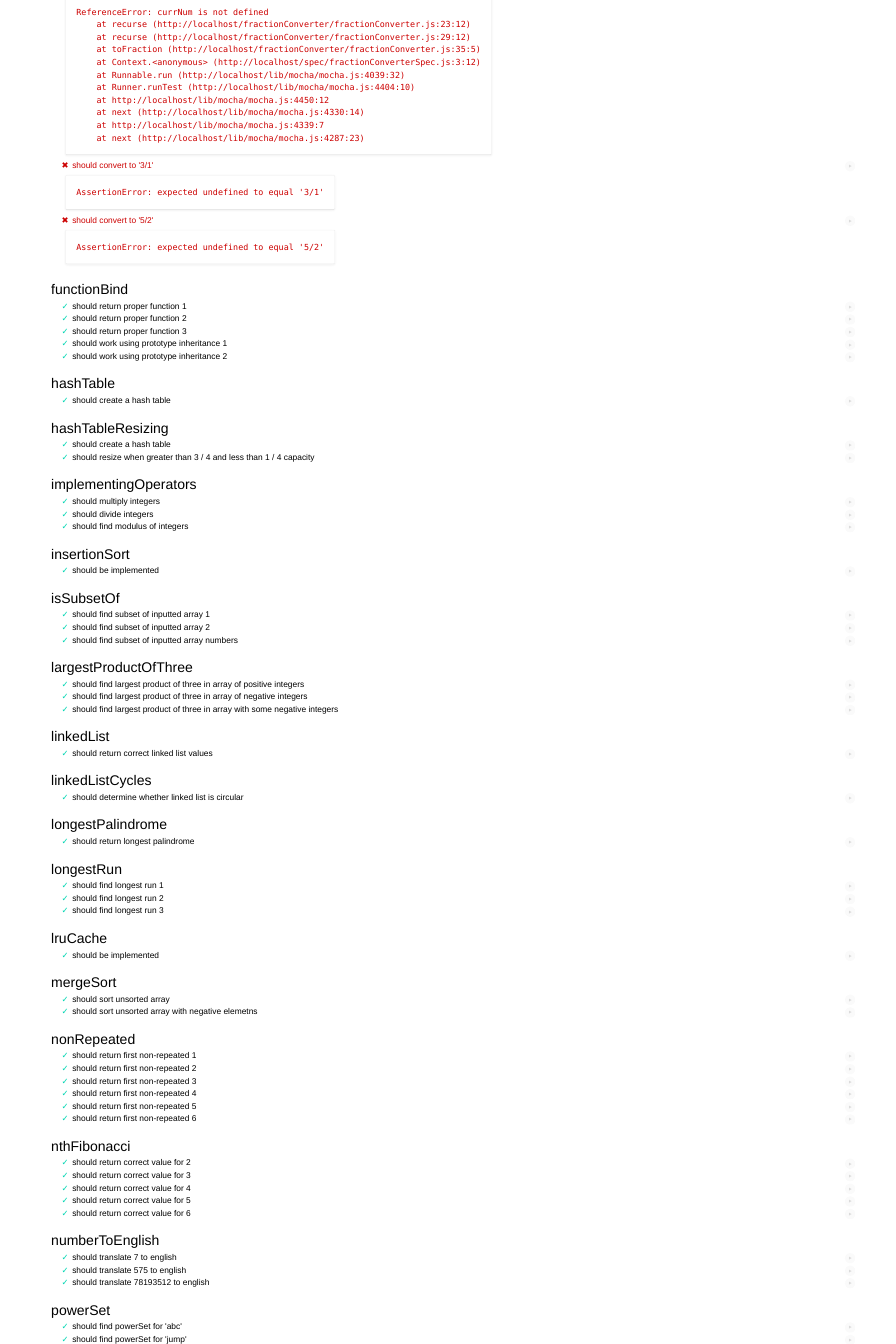
Repository: scottrice10/javascript-interview-questions
Page: SpecRunner.html
The author's editor kept a record of every edit. The page is drawn from the files as they stood at one moment, then again after the next edit.
The browser window is 1280 px wide. The pictures show the part of the page from y = 1287 to 3207 px (the page is 5092 px tall before and 5452 px after), at 70% of full size.

Above is the page before.

After the next edit:
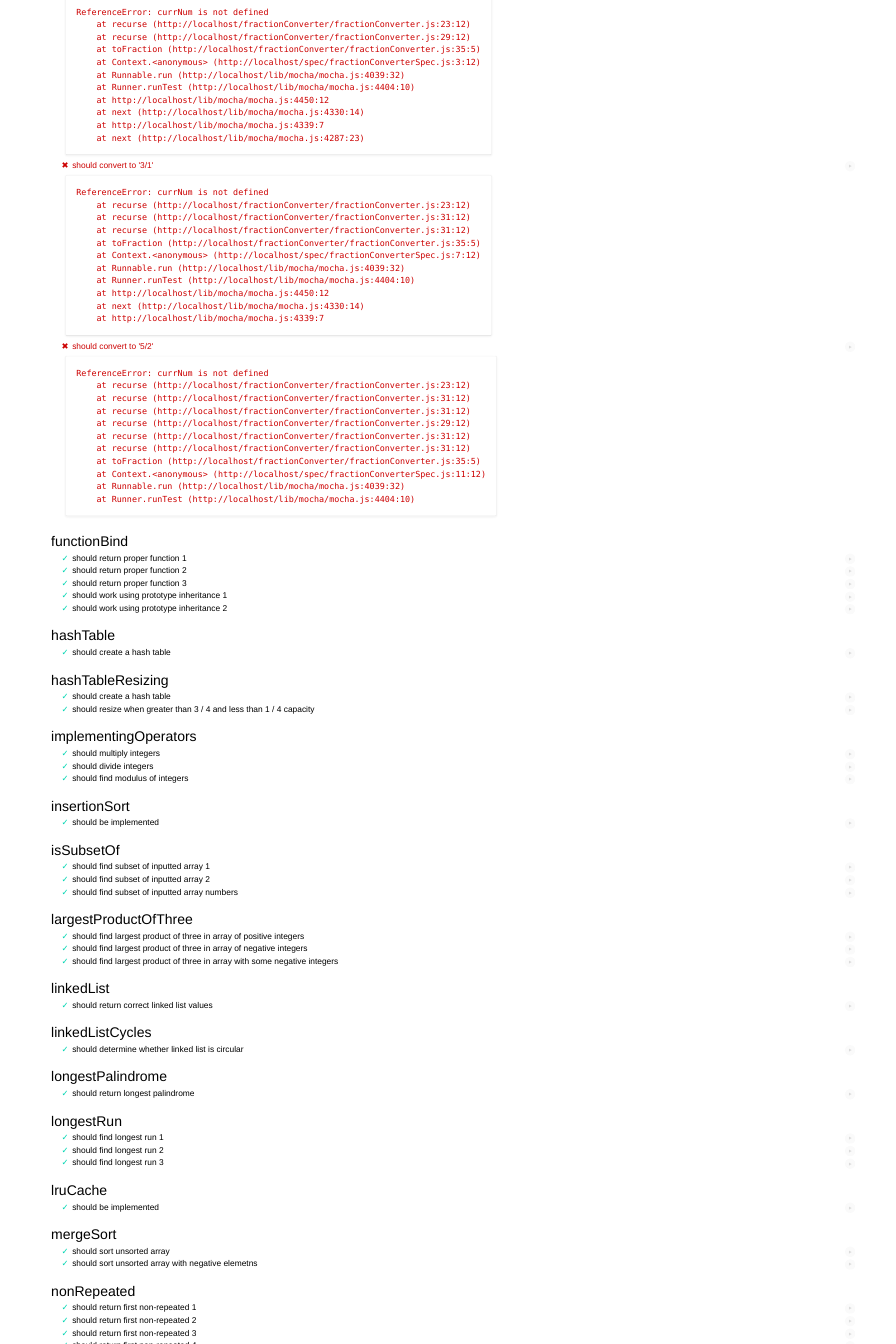
The edit:
--- a/fractionConverter/fractionConverter.js
+++ b/fractionConverter/fractionConverter.js
@@ -28,7 +28,7 @@
        if(numerator / denominator > number){
            recurse(numerator, denominator + 1);
        } else {
-
+           recurse(numerator + 1, denominator);
        }
     }
 
